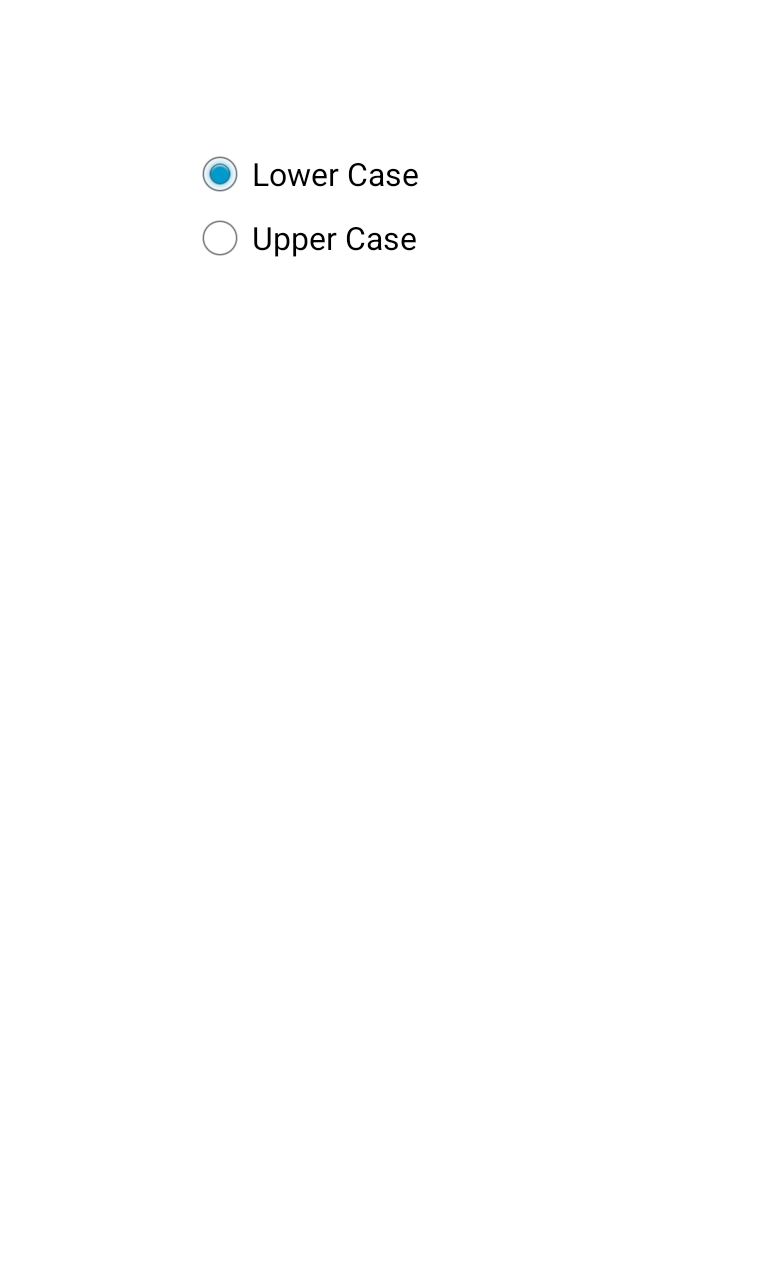
Repository: 12030121030/eventhandling
Layout: scroll/res/layout/activity_checked_change_listner.xml
An editor plug-in stored every save of this project. The layout is shown before and after the next save, followed by the edit.
It is drawn on a 768 x 1280 px phone screen (xhdpi) without system bars, with theme AppTheme; the app's code is not run.

Above is the layout before, as saved 2014-12-27 04:12:21.

After the next save:
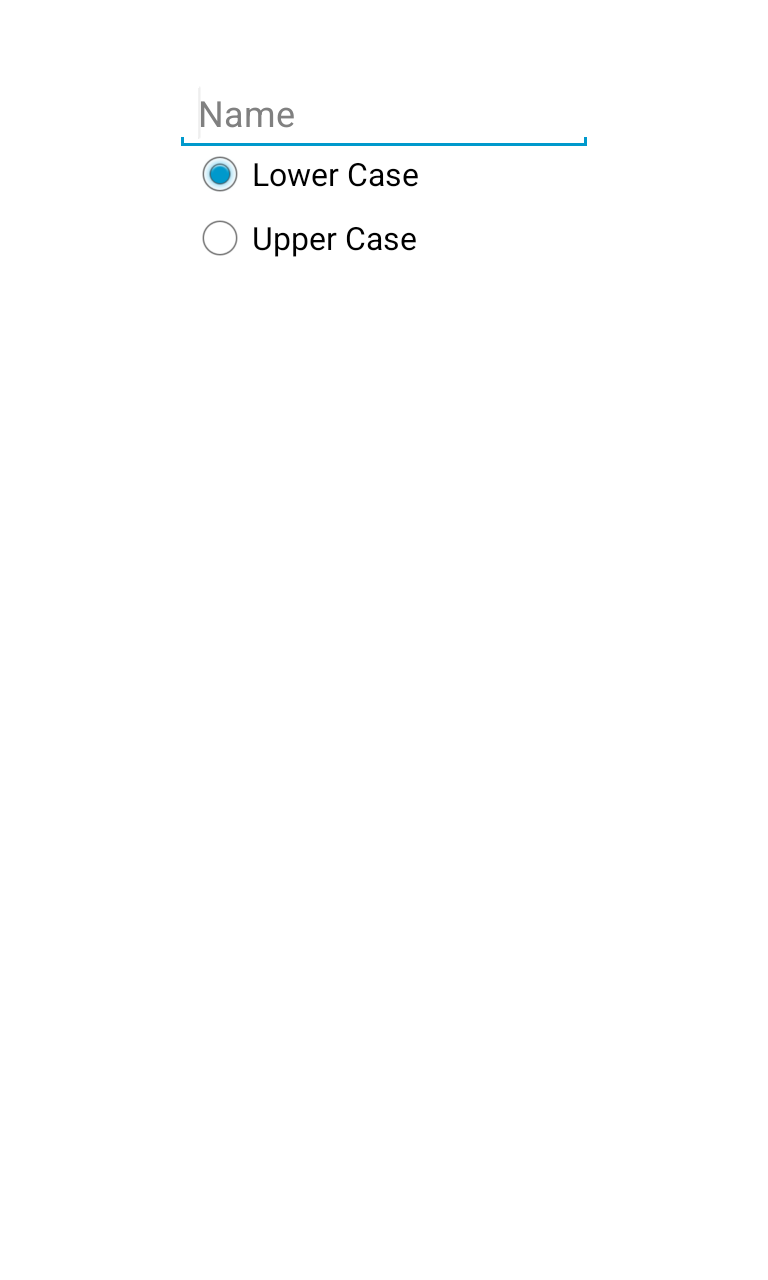
Saved 2 min 27 s later.
--- a/scroll/res/layout/activity_checked_change_listner.xml
+++ b/scroll/res/layout/activity_checked_change_listner.xml
@@ -32,4 +32,17 @@
 
     </RadioGroup>
 
+    <EditText
+        android:id="@+id/editText1"
+        android:layout_width="wrap_content"
+        android:layout_height="wrap_content"
+        android:layout_alignParentTop="true"
+        android:layout_centerHorizontal="true"
+        android:layout_marginTop="21dp"
+        android:ems="10"
+        android:hint="Name" >
+
+        <requestFocus />
+    </EditText>
+
 </RelativeLayout>
